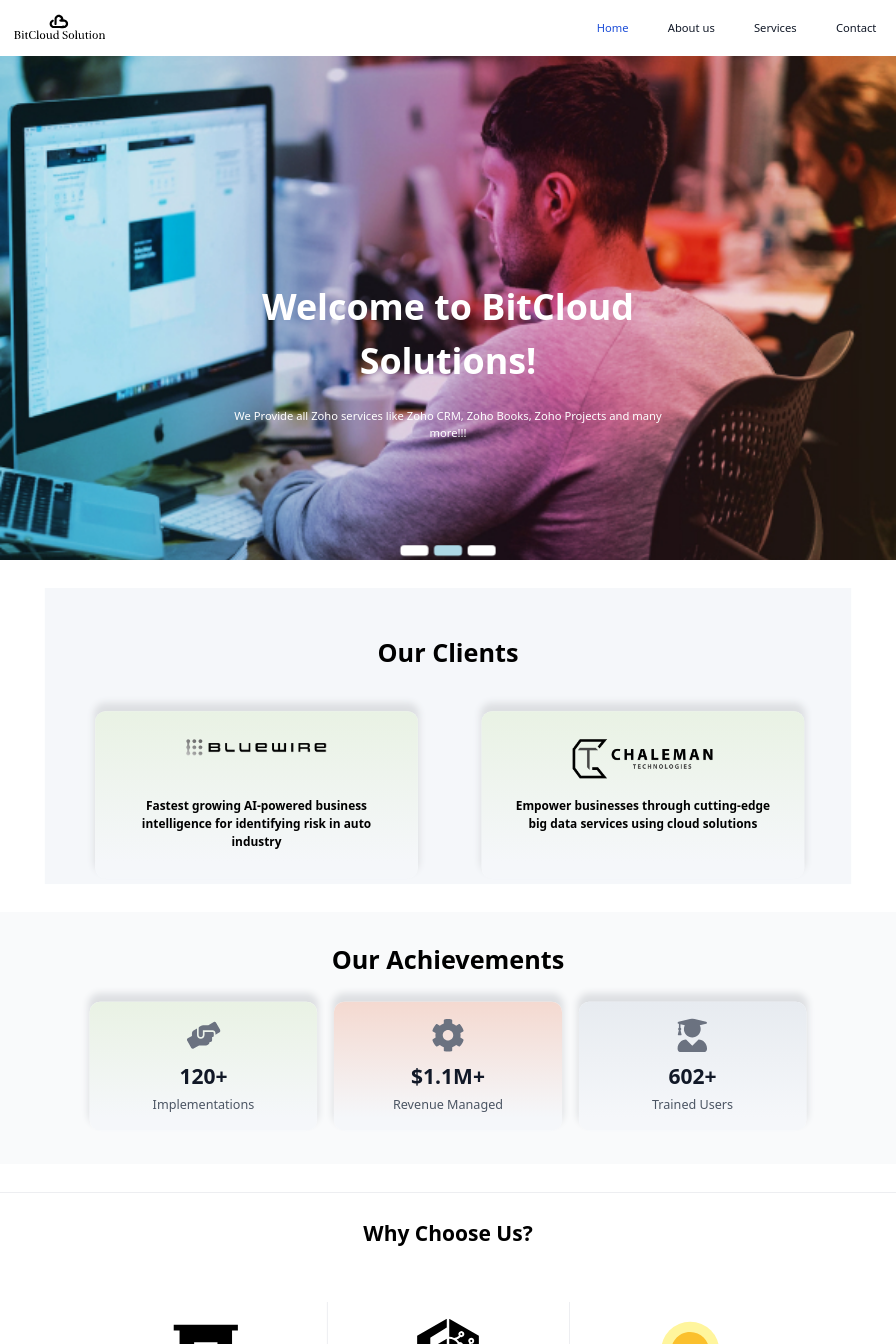
Repository: huzaifaBitCloud/BitCloud-website
Page: /
An editor plug-in stored every save of this project. The page is shown before and after the next save, followed by the edit.
The browser window is 1280 px wide. The pictures show the part of the page from y = 0 to 1920 px (the page is 2658 px tall), at 70% of full size.
The project was rebuilt for these pictures with package versions that can differ from the ones it lists, and the page was loaded fresh each time. The framework's server and built-in components were replaced by stand-ins that run in the browser. Also part of the build but not shown: next.config.mjs.

Above is the page before, as saved 2025-01-27 11:44:08.

### src/app/layout.tsx
import type { Metadata } from "next";
import localFont from "next/font/local";
import "./globals.css";

const geistSans = localFont({
  src: "./fonts/GeistVF.woff",
  variable: "--font-geist-sans",
  weight: "100 900",
});
const geistMono = localFont({
  src: "./fonts/GeistMonoVF.woff",
  variable: "--font-geist-mono",
  weight: "100 900",
});

export const metadata: Metadata = {
  title: "BitCloud Solution",
  description: "Generated by create next app",
};

export default function RootLayout({
  children,
}: Readonly<{
  children: React.ReactNode;
}>) {
  return (
    <html lang="en">
      <body
        className={`${geistSans.variable} ${geistMono.variable} antialiased`}
      >
        {children}
      </body>
    </html>
  );
}

### src/app/page.tsx
import Layout from "@/components/Layout";
// import Hero from "@/components/Hero";
import OurClients from "@/components/OurClients";
import WhyUs from "@/components/WhyUs";
// import Footer from "@/components/Footer";
import { ImageCarousel } from "@/components/ImageCarousel";
import Achievements from "@/components/Achievements";

export default function Home() {
  return (
    <Layout>
      <div className="">
        {/* <Hero
          imageUrl="https://static.zohocdn.com/sites/stock-images/images/zpstock-image-37.jpg"
        /> */}
        <ImageCarousel />
      </div>
      <div className="mt-10">
        <OurClients />
      </div>
      <div className="mt-10">
        <Achievements />
      </div>
      <div className="my-10 border-t">
        <WhyUs />
      </div>

      {/* <div className="mt-10 mb-10">
        <Footer />
      </div> */}
    </Layout>
  );
}

### src/app/globals.css
@tailwind base;
@tailwind components;
@tailwind utilities;

.custom-cards-ourClient {
  box-shadow: 0px -10px 10px 2px rgba(221, 223, 226, 1);
  border-radius: 15px;
  background: linear-gradient(180deg, #e9f2e4 0%, #f5f7fa 90%);
}
.custom-card-2-achievements {
  box-shadow: 0px -10px 10px 2px rgba(221, 223, 226, 1);
  border-radius: 15px;
  background: linear-gradient(180deg, #f4d9d0 0%, #f5f7fa 90%);
}
.custom-card-3-achievements {
  box-shadow: 0px -10px 10px 2px rgba(221, 223, 226, 1);
  border-radius: 15px;
  background: linear-gradient(180deg, #e7ebf0, #f5f7fa 90%);
}

:root {
  /* --color-primary: #e9f2e4;
    --color-secondary: #f5f7fa;
*/
  --h-100vh: 100vh;
}

/* ABout CSS */

.btn-about {
  display: inline-block;
  margin: 0 0.625rem;
  padding: 0.3125rem 1.25rem;
  border-radius: 1.25rem;
  background: transparent;
  border: solid 0.0625rem #fff;
  position: relative;
  z-index: 9;
}
.main-hero-about {
  clip-path: polygon(
    50% 0%,
    100% 0,
    100% 35%,
    100% 86%,
    49% 100%,
    0 85%,
    0% 35%,
    0 0
  );
}

/* Services */

.zoomIn {
  -webkit-animation-name: zoomIn;
  animation-name: zoomIn;
  -webkit-animation-duration: 1s;
  animation-duration: 1s;
  -webkit-animation-fill-mode: both;
  animation-fill-mode: both;
}
@-webkit-keyframes zoomIn {
  0% {
    opacity: 0;
    -webkit-transform: scale3d(0.3, 0.3, 0.3);
    transform: scale3d(0.3, 0.3, 0.3);
  }
  50% {
    opacity: 1;
  }
}
@keyframes zoomIn {
  0% {
    opacity: 0;
    -webkit-transform: scale3d(0.3, 0.3, 0.3);
    transform: scale3d(0.3, 0.3, 0.3);
  }
  50% {
    opacity: 1;
  }
}

.card-services {
  border-top: 10px solid transparent;
  transition: border-top-color 0.4s, box-shadow 0.4s;
}

.card-services:hover {
  border-top-color: #2563eb;
  box-shadow: 0px 0px 5px rgba(0, 0, 0, 0.75);
}


@media only screen and (max-width: 760px) {
  .main-hero-about {
    clip-path: polygon(
      50% 0%,
      100% 0,
      100% 35%,
      100% 92%,
      49% 100%,
      0 92%,
      0% 35%,
      0 0
    );
  }
  .main-hero-about {
    height: var(--h-100vh) !important;
  }
  .sub-hero-about {
    text-align: center !important;
    margin: 0 auto !important;
  }
  .mob-btn-about {
    justify-content: center;
  }
  .mob-nav-style{
    position: absolute;
    top: 76%;
    left: 0;
  }
}

### src/components/Layout.tsx
import React from "react";
import { ReactNode } from "react";

import { Navbar } from "./Navbar";
import Footer from "./Footer";

interface LayoutProps {
  children: ReactNode;
}

const Layout = ({children}: LayoutProps) => {
  return (
    <div>
      <Navbar />
      <div className="">{children}</div>
      <Footer />
    </div>
  );
};

export default Layout;

### src/components/OurClients.tsx
import React from "react";

const OurClients = () => {
  const services = [
    {
      id: 1,
      description:
        "Fastest growing AI-powered business intelligence for identifying risk in auto industry",
      icon: "./images/Bluewire-Logo.png", // Use the actual icon component
    },
    {
      id: 2,
      description:
        "Empower businesses through cutting-edge big data services using cloud solutions",
      icon: "./images/chaleman.png",
    },
  ];

  return (
    <section id="services" className="xs:w-full sm:w-full lg:w-[90%] mx-auto my-5 bg-[#f5f7fa] px-4 py-2">
      {/* HEADER AND IMAGE SECTION */}
      <div className="mt-16">
        <div>
          <p className="font-playfair font-semibold text-4xl mb-5 text-center">
            Our <span className="text-yellow">Clients</span>
          </p>
        </div>
      </div>

      {/* SERVICES */}
      <div className="grid grid-cols-1 md:grid-cols-2 justify-around  mt-16 gap-10 md:ml-14">
        {services.map((service) => (
          <div
            key={service.id}
            className="relative text-center p-10 xs:w-full sm:w-full lg:w-[90%] custom-cards-ourClient"
          >
            <div className="z-10">
              <div className="w-full flex justify-center ">
                <div className="w-[200px] h-[70px]">
                  <img
                    src={service.icon}
                    alt="client-img"
                    className="object-contain"
                  />
                </div>
              </div>
              <p className="font-playfair font-semibold text-[17px] flex justify-center mt-3">
                {service.description}
              </p>
            </div>
          </div>
        ))}
      </div>
    </section>
  );
};

export default OurClients;

### src/components/WhyUs.tsx
import React from "react";
import { FcCollaboration } from "react-icons/fc";
import { CgCommunity } from "react-icons/cg";
import { AiOutlineGlobal } from "react-icons/ai";
import { FcIdea } from "react-icons/fc";
import { SiMusicbrainz } from "react-icons/si";
import { RiHonourFill } from "react-icons/ri";

const WhyUs = () => {
  const services = [
    {
      id: 1,
      name: "Integrity",
      description: "We are committed to the highest ethical standards.",
      icon: <RiHonourFill size={100} />,
    },
    {
      id: 2,
      name: "Excellence",
      description:
        "We challenge ourselves to do our best work and commit to continual improvement and excellence.",
      icon: <SiMusicbrainz size={100} />,
    },
    {
      id: 3,
      name: "Innovation",
      description:
        "We question the status quo and look at challenges in new ways. Our curiosity drives creativity, new ideas and innovation.",
      icon: <FcIdea size={100} />,
    },
    {
      id: 4,
      name: "Collaboration",
      description:
        "Teamwork inspires us to be the best at what we do. Together we build a respectful, friendly and collaborative work environment that opens doors to professional and personal growth.",
      icon: <FcCollaboration size={100} />,
    },
    {
      id: 5,
      name: "Community",
      description:
        "Our goal every single day is to help our co-workers, customers and partners succeed and to do what’s best for others in our community.",
      icon: <CgCommunity size={100} />,
    },
    {
      id: 6,
      name: "Global",
      description:
        "Our business knows no borders, and our community knows no boundaries. We are a global team working together to support our customers and the millions of consumers around the globe who rely on us to deliver world-class solutions.",
      icon: <AiOutlineGlobal size={100} />,
    },
  ];
  return (
    <div className="w-[90%] mx-auto">
         <h2 className="text-3xl font-bold text-center mt-10 mb-5">Why Choose Us?</h2>
      <div className="w-[90%] mx-auto mt-20 mb-20">
        <div className="grid grid-cols-1 md:grid-cols-2 lg:grid-cols-3">
          {services.map((service, index) => (
            <div
              key={service.id}
              className={`relative bg-white text-center ${
                index >= 0
                  ? index == 0 || index == 3
                    ? index == 3
                      ? ""
                      : "border-b"
                    : index > 3
                    ? "border-l"
                    : "border-l border-b"
                  : ""
              } hover:border-red p-6`}
            >
              <div className="z-10">
                <div className="w-full flex justify-center">{service.icon}</div>

                <h3 className="font-playfair font-semibold text-[25px] mt-3">
                  {service.name}
                </h3>
                <p className="font-playfair text-[14px] flex justify-center mt-3">
                  {service.description}
                </p>
              </div>
            </div>
          ))}
        </div>
      </div>
    </div>
  );
};

export default WhyUs;

### src/components/ImageCarousel.tsx
"use client"

import React from 'react';
import { Galleria } from 'primereact/galleria';
import "../components/styling/ImageCarousel.css"


const images = [
  {
    itemImageSrc: "/images/p1.avif",
    title: 'Welcome to BitCloud Solutions!',
    alt: 'Image 3'
  },
  {
    itemImageSrc: "/images/contact-image.jpeg",
    title: 'Welcome to BitCloud Solutions!',
    alt: 'Image 1',
  },
  {
    itemImageSrc: "/images/web-developer.jpg",
    title: 'Welcome to BitCloud Solutions!',
    alt: 'Image 2'
  },
];

interface Item {
  itemImageSrc: string;
  alt: string;
  title: string;
}

const itemTemplate = (item: Item) => {
  return (
    <div className="image-container" style={{ width: '100%', textAlign: 'center' }}>
      <img src={item.itemImageSrc} alt={item.alt} style={{ width: '100%', display: 'block' }} />

      <div key={`${item.itemImageSrc}-heading`} className="carousel-text-heading">
        {item.title}
      </div>
      <div key={`${item.itemImageSrc}-paragraph`} className="carousel-text-paragraph">
       We Provide all Zoho services like Zoho CRM, Zoho Books, Zoho Projects and many more!!!
      </div>
    </div>
  );
}

export const ImageCarousel = () => {
  return (
    <div  style={{ width: '100%', height: '100%', margin: '0 auto', position: "relative" }}>
      <Galleria
        value={images}
        numVisible={5}
        circular
        responsiveOptions={[
          {
            breakpoint: '1024px',
            numVisible: 3
          },
          {
            breakpoint: '768px',
            numVisible: 2
          },
          {
            breakpoint: '560px',
            numVisible: 1
          }
        ]}
        showThumbnails={false}
        showIndicators
        // showItemNavigators
        item={itemTemplate}
        autoPlay={true}
        // transitionOptions={{ easing: 'ease-in-out', duration: 1000 }}
        transitionOptions={{
          classNames: 'fade',
          timeout: { enter: 1000, exit: 1000 },
        }}
      />
    </div>
  );
}

### src/components/Achievements.tsx
import { FaHandsHelping, FaCog, FaUserGraduate } from "react-icons/fa";

const Achievements = () => {
  return (
    <section className="bg-gray-50 py-12">
      <div className="container mx-auto px-6">
        <h2 className="text-4xl font-bold text-center text-black mb-10">
          Our Achievements
        </h2>

        {/* Achievements Grid */}
        <div className="grid grid-cols-1 sm:grid-cols-2 lg:grid-cols-3 gap-6 max-w-5xl mx-auto">
          {/* Card 1 */}
          <div className="bg-gradient-to-r from-green-50 to-green-100 p-6 rounded-xl shadow-lg text-center transform transition duration-700 hover:-translate-y-3 custom-cards-ourClient">
            <div className="flex justify-center items-center mb-4">
              <FaHandsHelping className="w-12 h-12 text-gray-500" />
            </div>
            <h3 className="text-3xl font-bold text-gray-900">120+</h3>
            <p className="text-gray-600 mt-2 text-lg">Implementations</p>
          </div>

          {/* Card 2 */}
          <div className="bg-gradient-to-r from-red-50 to-red-100 p-6 rounded-xl shadow-lg text-center transform transition duration-700 hover:-translate-y-3 custom-card-2-achievements">
            <div className="flex justify-center items-center mb-4">
              <FaCog className="w-12 h-12 text-gray-500" />
            </div>
            <h3 className="text-3xl font-bold text-gray-900">$1.1M+</h3>
            <p className="text-gray-600 mt-2 text-lg">Revenue Managed</p>
          </div>

          {/* Card 3 */}
          <div className="bg-gradient-to-r from-gray-50 to-gray-100 p-6 rounded-xl shadow-lg text-center transform transition duration-700 hover:-translate-y-3 custom-card-3-achievements">
            <div className="flex justify-center items-center mb-4">
              <FaUserGraduate className="w-12 h-12 text-gray-500" />
            </div>
            <h3 className="text-3xl font-bold text-gray-900">602+</h3>
            <p className="text-gray-600 mt-2 text-lg">Trained Users</p>
          </div>
        </div>
      </div>
    </section>
  );
};

export default Achievements;

### src/components/Footer.tsx
// import Link from "next/link";
// import { FaLinkedin, FaYoutube } from "react-icons/fa";

// const Footer = () => {
//   const currentYear = new Date().getFullYear(); // Get the current year dynamically

//   return (
//     <footer className="bg-white dark:bg-gray-900 border-t w-full">
//       <div className="container mx-auto px-4 py-6">
//         <div className="flex flex-col md:flex-row md:items-center md:justify-between">
//           {/* Logo Section */}
//           <div className="flex items-center mb-4 md:mb-0 py-6">
//             <img
//               src="/images/logo.svg"
//               alt="BitCloud Logo"
//               className="h-14 mr-3 md:ml-4"
//             />
//           </div>

//           {/* Rights Section */}
//           <div className="text-center mb-4 md:mb-0">
//             <span className="text-sm text-gray-500 dark:text-gray-400">
//               © {currentYear}{" "}
//               <Link
//                 href="https://bitcloudsolution.com/"
//                 className="hover:underline"
//               >
//                 BitCloud Solution
//               </Link>
//               . All Rights Reserved.
//             </span>
//           </div>

//           {/* Follow Us Section */}
//           <div className="flex flex-col items-center md:items-end">
//             <h2 className="mb-4 text-sm font-semibold text-gray-900 uppercase dark:text-white">
//               Follow Us
//             </h2>
//             <div className="flex space-x-4">
//               <Link
//                 href="https://www.linkedin.com/company/bitcloud-solution-software/"
//                 aria-label="LinkedIn"
//                 className="text-gray-500 hover:text-blue-600 dark:hover:text-blue-400"
//               >
//                 <FaLinkedin className="w-6 h-6" />
//               </Link>
//               <Link
//                 href="http://www.youtube.com/@BitCloudSolution"
//                 aria-label="YouTube"
//                 className="text-gray-500 hover:text-red-600 dark:hover:text-red-400"
//               >
//                 <FaYoutube className="w-6 h-6" />
//               </Link>
//             </div>
//           </div>
//         </div>
//       </div>
//     </footer>
//   );
// };

// export default Footer;

import Link from "next/link";
import { FaLinkedin, FaYoutube } from "react-icons/fa";

const Footer = () => {
  const currentYear = new Date().getFullYear(); // Get the current year dynamically

  return (
    <footer className="bg-white dark:bg-gray-900 border-t w-full">
      <div className="container mx-auto px-6 py-6">
        <div className="flex flex-col items-center md:flex-row md:justify-between">
          {/* Logo Section */}
          <div className="flex items-center mb-4 md:mb-0 md:ml-6">
            <Link href='/'>
            <img
              src="/images/logo.svg"
              alt="BitCloud Logo"
              className="h-14 mr-3"
            />
            </Link>
          </div>

          {/* Rights Section */}
          <div className="text-center mb-4 md:mb-0">
            <span className="text-sm text-gray-500 dark:text-gray-400">
              © {currentYear}{" "}
              <Link
                href="https://bitcloudsolution.com/"
                className="hover:underline"
              >
                BitCloud Solution
              </Link>
              . All Rights Reserved.
            </span>
          </div>

          {/* Follow Us Section */}
          <div className="flex flex-col items-center md:items-end md:mr-6">
            <h2 className="mb-4 text-sm font-semibold text-gray-900 uppercase dark:text-white">
              Follow Us
            </h2>
            <div className="flex space-x-4">
              <Link
                href="https://www.linkedin.com/company/bitcloud-solution-software/"
                aria-label="LinkedIn"
                className="text-gray-500 hover:text-blue-600 dark:hover:text-blue-400"
              >
                <FaLinkedin className="w-6 h-6" />
              </Link>
              <Link
                href="http://www.youtube.com/@BitCloudSolution"
                aria-label="YouTube"
                className="text-gray-500 hover:text-red-600 dark:hover:text-red-400"
              >
                <FaYoutube className="w-6 h-6" />
              </Link>
            </div>
          </div>
        </div>
      </div>
    </footer>
  );
};

export default Footer;

### src/components/styling/ImageCarousel.css

img {
    max-height: 45rem;
    object-fit: cover;
  }

  .p-galleria-item-next.p-galleria-item-nav.p-link,
  .p-galleria-item-prev.p-galleria-item-nav.p-link {
    transform: translateY(-45%);
    background-color: #34291b;
    border-radius: 24px;
    width: 2.5rem;
    height: 2.5rem;
  }

  .p-galleria-item-prev.p-galleria-item-nav.p-link {
    z-index: 1;
    margin-left: 1.5rem;
  }

  .p-galleria-item-next.p-galleria-item-nav.p-link {
    margin-right: 1.5rem;
  }

  .p-galleria-item-prev.p-galleria-item-nav.p-link:hover,
  .p-galleria-item-next.p-galleria-item-nav.p-link:hover {
    background-color: #252728;
  }

  .p-icon.p-galleria-item-prev-icon,
  .p-icon.p-galleria-item-next-icon {
    color: white;
    width: 18px;
    height: 18px;
    stroke: white;
    stroke-width: 2;
  }

  .carousel-text-heading {
    width: 50%;
    position: absolute;
    top: 55%;
    left: 50%;
    transform: translate(-50%, -50%);
    color: white;
    border-radius: 10px;
    font-size: 3.2rem;
    font-weight: bold;
    text-align: center;
    animation: slideFromY 1s ease-in-out forwards;
  }

  .carousel-text-paragraph {
    width: 50%;
    position: absolute;
    top: 73%;
    left: 50%;
    transform: translate(-50%, -50%);
    color: white;
    border-radius: 10px;
    font-size: 1rem;
    text-align: center;
    animation: slideFromY 1.5s ease-in-out forwards;
  }
  @keyframes slideFromY {
    0% {
      opacity: 0;
      transform: translate(-100%, -50%);
    }
    100% {
      opacity: 1;
      transform: translate(-50%, -50%);
    }
  }

  @media (max-width: 1024px) and (min-width: 769px) {
    .carousel-text-heading {
      width: 65%;
      font-size: 2.5rem;
    }

    .carousel-text-paragraph {
      width: 60%;
      font-size: 0.9rem;
    }
  }

  @media (max-width: 768px) and (min-width: 561px) {
    .carousel-text-heading {
      font-size: 1.5rem;
      width: 65%;
    }

    .carousel-text-paragraph {
      font-size: 0.6rem;
      width: 60%;
    }
  }

  @media (max-width: 560px) {
    .carousel-text-heading {
      font-size: 1rem;
      width: 65%;
    }

    .carousel-text-paragraph {
      font-size: 0.5rem;
      width: 60%;
    }
  }
  ul.p-galleria-indicators.p-reset {
    position: absolute;
    bottom: 0;
    left: 50%;
    transform: translateX(-50%);
}
  .p-galleria-indicators .p-galleria-indicator button {
    width: 40px;
    height: 15px;
    background-color: white; /* Non-active indicators */
    border-radius: 5px;
    margin: 0 4px;
    transition: background-color 0.3s ease;
    position: relative;
}

.p-galleria-indicators .p-galleria-indicator.p-highlight button {
    background-color: #add8e6;
}

.p-galleria-indicators .p-galleria-indicator button:hover {
    background-color: #ffffff;
}

Loaded but not shown: tailwind.config.ts (common file); src/components/Navbar.tsx (332 lines, source omitted)

After the next save:
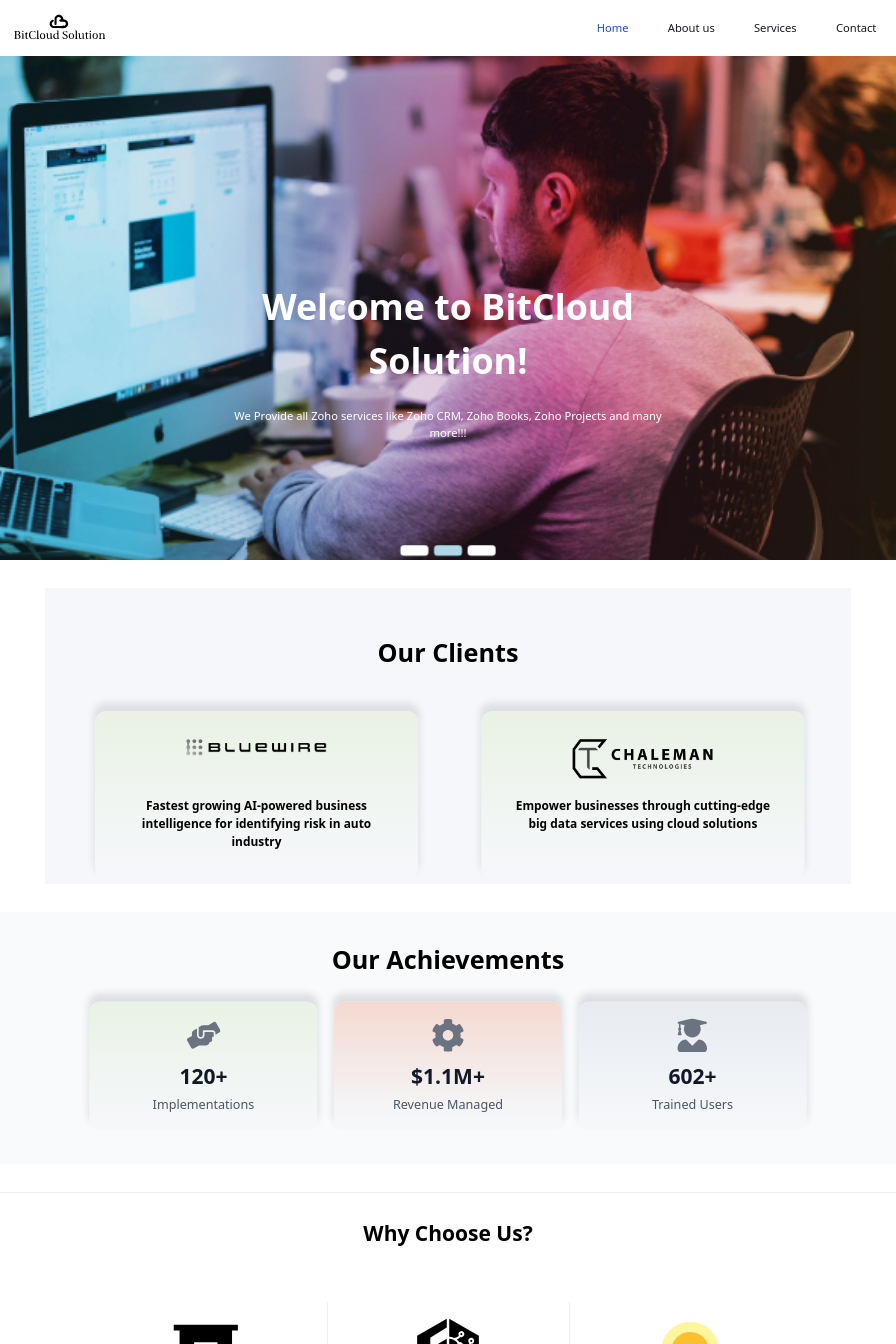
Saved 48 s later.
--- a/src/components/ImageCarousel.tsx
+++ b/src/components/ImageCarousel.tsx
@@ -8,17 +8,17 @@
 const images = [
   {
     itemImageSrc: "/images/p1.avif",
-    title: 'Welcome to BitCloud Solutions!',
+    title: 'Welcome to BitCloud Solution!',
     alt: 'Image 3'
   },
   {
     itemImageSrc: "/images/contact-image.jpeg",
-    title: 'Welcome to BitCloud Solutions!',
+    title: 'Welcome to BitCloud Solution!',
     alt: 'Image 1',
   },
   {
     itemImageSrc: "/images/web-developer.jpg",
-    title: 'Welcome to BitCloud Solutions!',
+    title: 'Welcome to BitCloud Solution!',
     alt: 'Image 2'
   },
 ];
